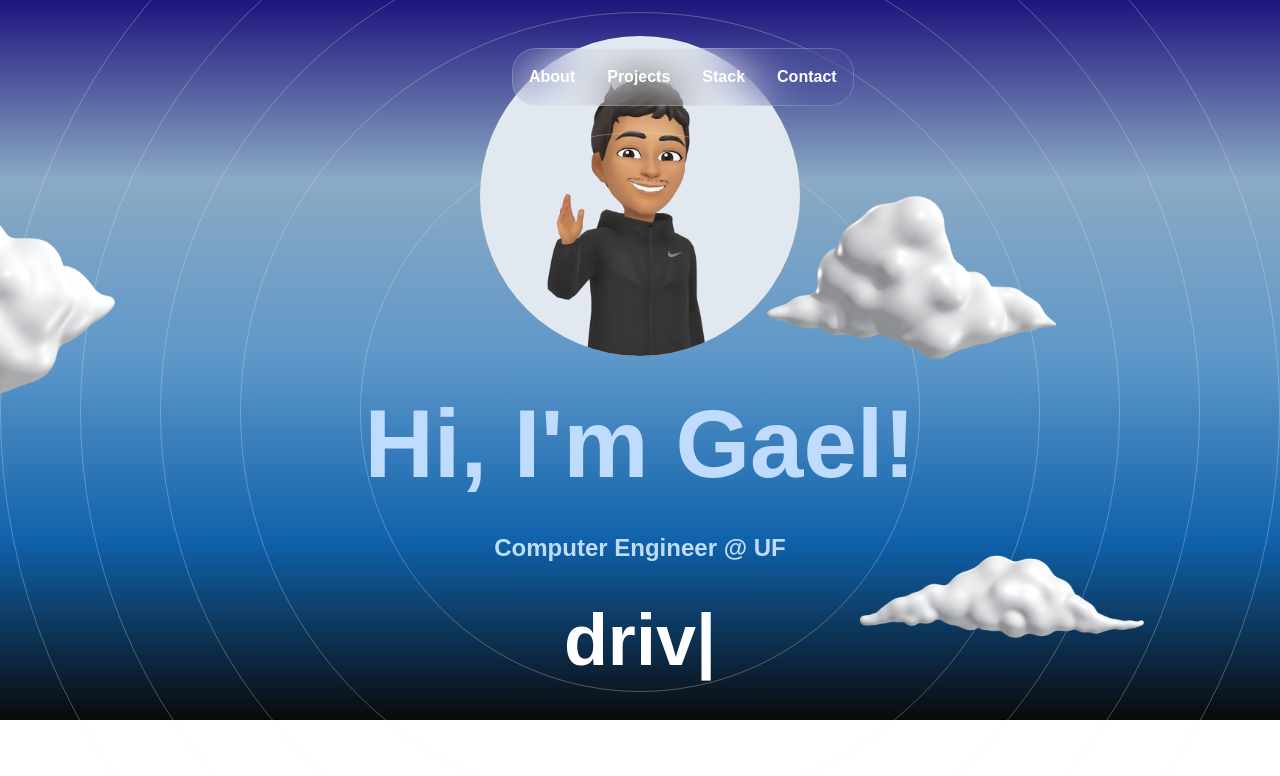
Repository: GG1627/2d-portfolio
Page: /
These files come from the project's save history. The page is drawn as it stood at one moment and after the next save; the edit follows.
The browser window is 1280 px wide. The pictures show the part of the page from y = 0 to 776 px (the page is 3304 px tall).
Pictures or frames that could not be fetched are drawn as grey boxes. The project was rebuilt for these pictures with package versions that can differ from the ones it lists, and the page was loaded fresh each time. The framework's server and built-in components were replaced by stand-ins that run in the browser. Also part of the build but not shown: next.config.ts.

Above is the page before, as saved 2025-01-08 01:48:19.

After the next save:
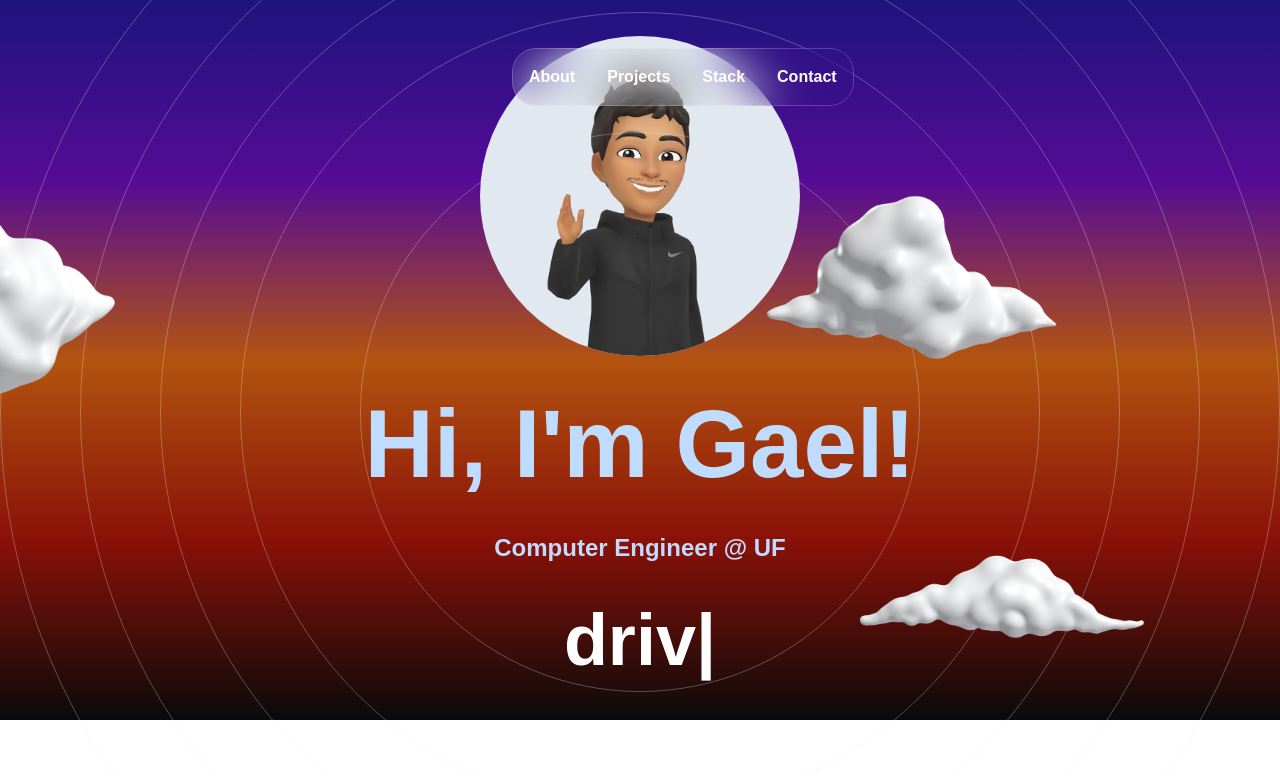
Saved 2 min 0 s later.
--- a/app/sections/Hero.tsx
+++ b/app/sections/Hero.tsx
@@ -10,7 +10,7 @@
     <div
       style={{
         background:
-          "linear-gradient(180deg, #1e147d, #8BAAC4, #5D97C9, #0F62AB, #0a0a0a)",
+          "linear-gradient(180deg, #1e147d, #550b96, #b35410, #8a1108, #0a0a0a)",
       }}
       className="overflow-x-clip min-h-screen pb-2 flex items-center justify-center relative"
     >
